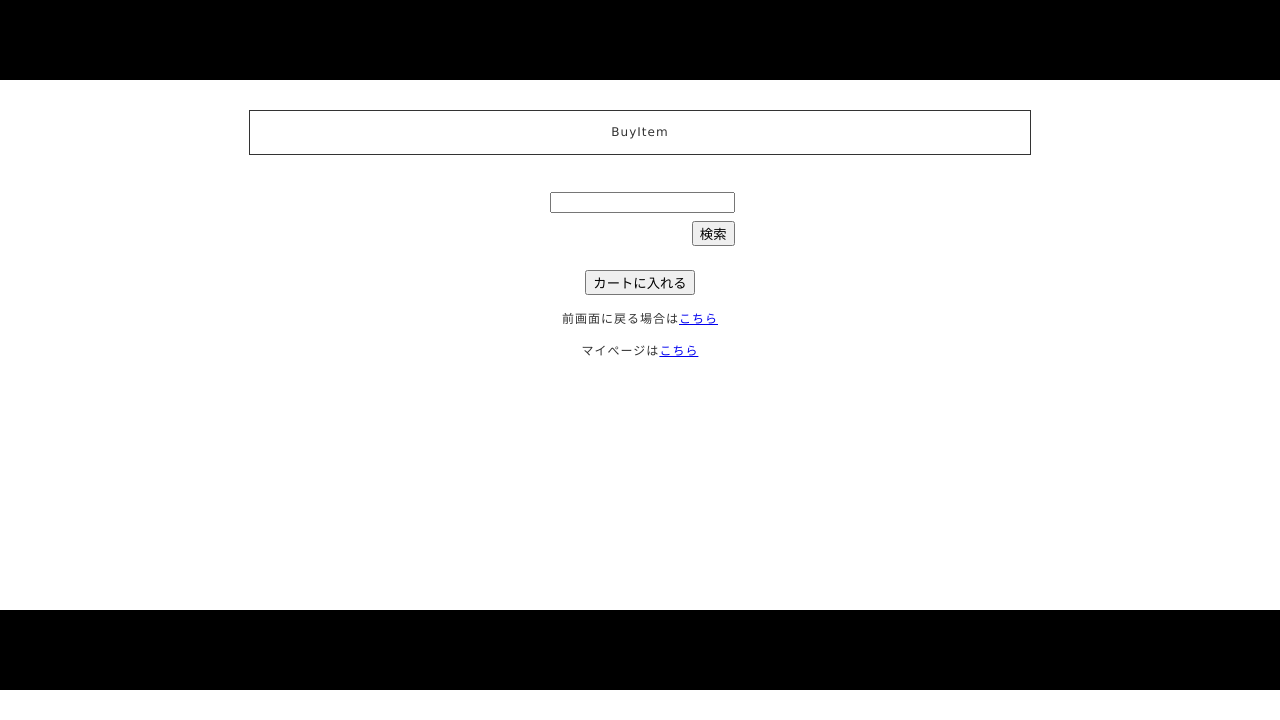
Repository: y321sudo/test2
Page: http://localhost/Yukazon/buyItem.jsp
An editor plug-in stored every save of this project. The page is shown before and after the next save, followed by the edit.
The browser window is 1280 px wide. The pictures show the whole page.
The page is served by Tomcat 9. Other server files are loaded and not shown.

Above is the page before, as saved 2018-02-26 05:21:15.

### Yukazon/WebContent/buyItem.jsp
<%@ page language="java" contentType="text/html; charset=UTF-8" pageEncoding="UTF-8"%>
<%@ taglib prefix="s" uri="/struts-tags"%>
<!DOCTYPE html>
<html>
<head>
	<meta http-equiv="Content-Type" content="text/html; charset=utf-8" />
	<meta http-equiv="Content-Style-Type" content="text/css" />
	<meta http-equiv="Content-Script-Type" content="text/javascript" />
	<meta http-equiv="imagetoolbar" content="no" />
	<meta name="description" content="" />
	<meta name="keywords" content="" />

	<title>buyItem画面</title>

	<style type="text/css">
/* ========TAG LAYOUT======== */
	body {
		margin:0;
		padding:0;
		line-height:1.6;
		letter-spacing:1px;
		font-family:Verdana, Helvetica, sans-serif;
		font-size:12px;
		color:#333;
		background:#fff;
	}
	table {
		text-align:center;
		margin:0 auto;
	}
/* ========ID LAYOUT======== */
	#top {
		width:780px;
		margin:30px auto;
		border:1px solid #333;
	}
	#header {
		width: 100%;
		height: 80px;
		background-color: black;
	}
	#main {
		width: 100%;
		height: 500px;
		text-align: center;
	}
	#footer {
		width: 100%;
		height: 80px;
		background-color: black;
		clear:both;
	}
	</style>
</head>
<body>
	<div id="header">
	</div>
	<div id="main">
		<div id="top">
			<p>BuyItem</p>
		</div>
<div>
		<s:form action="ItemSearchAction">

			<tr>
				<td>
					<s:textfield name="searchWord" value=""/>
				</td>
				<td>
					<s:submit value="検索"/>
				</td>
			</tr>

		</s:form>

		<s:if test="message != ''">
			<h3><s:property value="message" escape="false"/></h3>
		</s:if>

		<s:form action="BuyItemAction">
			<table>
				<s:iterator value="buyItemDTOList">

				<tr>
					<td>
						<h3><s:property value="itemName"/></h3>
					</td>
				</tr>



				<tr>
					<td>
						<span>値段</span>
					</td>
					<td>
						<s:property value="itemPrice" /><span>円</span>
					</td>
				</tr>
				<tr>
					<td>
						<span>在庫</span>
					</td>
					<td>
					<s:if test="item_stock>0">
						<s:property value="item_stock"/>
					</s:if>
					<s:else>
						<span>品切れ</span>
					</s:else>
					</td>
				</tr>

				<tr>
					<td>
						<span>購入個数</span>
					</td>
					<td>
					<s:if test="item_stock>0">
						<select name="count">
							<option value="0" selected="selected">0</option>
							<option value="1">1</option>
							<option value="2">2</option>
							<option value="3">3</option>
							<option value="4">4</option>
							<option value="5">5</option>
						</select>
					</s:if>
					<s:else>
						<select name="count">
							<option value="0" selected="selected">0</option>
						</select>
					</s:else>
					</td>
				</tr>
				<tr>
					<td>
						<br>
					</td>
				</tr>
				</s:iterator>

				<tr>
					<td>
						<s:submit value="カートに入れる"/>
					</td>
				</tr>

			</table>
		</s:form>

			<div>
				<p>前画面に戻る場合は<a href='<s:url action="GoHomeAction" />'>こちら</a></p>
				<p>マイぺージは<a href='<s:url action="MyPageAction" />'>こちら</a></p>
			</div>
		</div>
	</div>
	<div id="footer">
	</div>
</body>
</html>

After the next save:
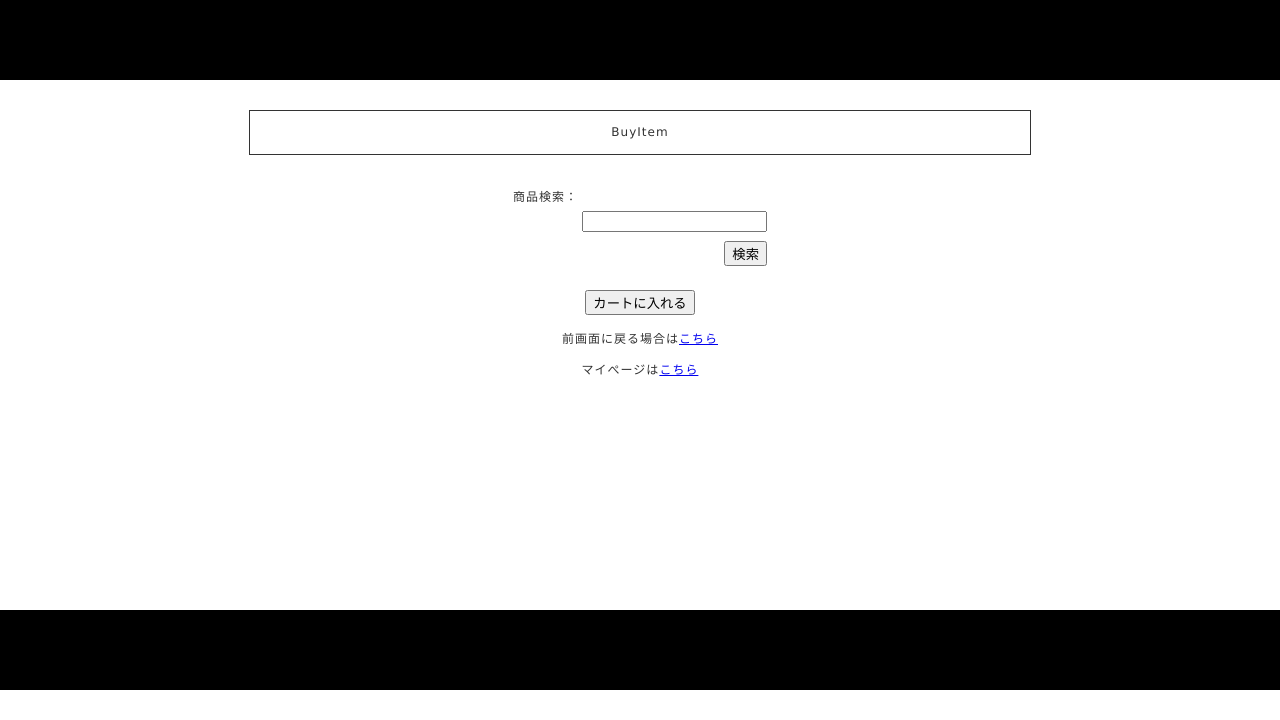
Saved 4 min 55 s later.
--- a/Yukazon/WebContent/buyItem.jsp
+++ b/Yukazon/WebContent/buyItem.jsp
@@ -63,7 +63,7 @@
 		<s:form action="ItemSearchAction">
 
 			<tr>
-				<td>
+				<td>商品検索：
 					<s:textfield name="searchWord" value=""/>
 				</td>
 				<td>
